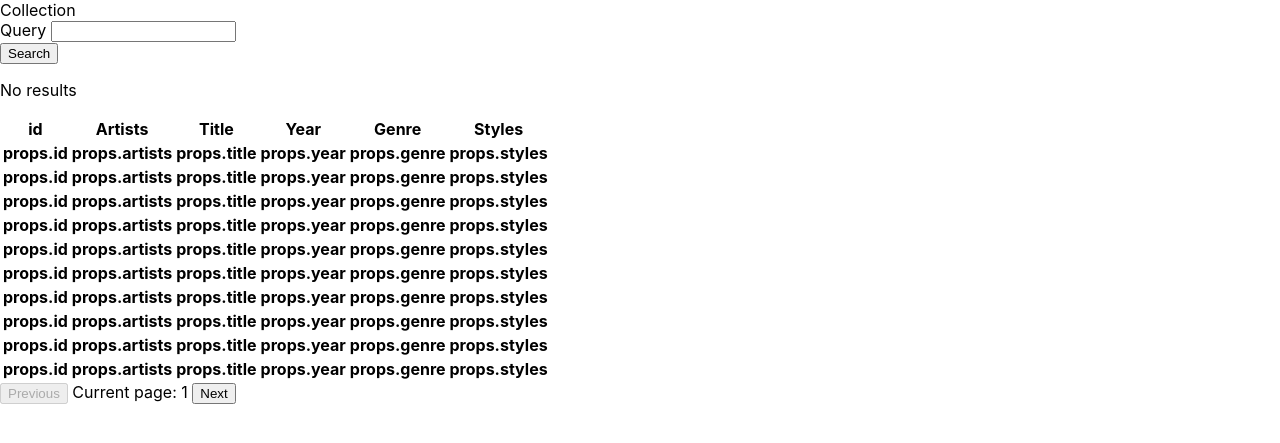
Repository: ivan-baljkas/pristupni_zadatak
Page: / (app in frontend/react-akademija-master/)
These files come from the project's save history. The page is drawn as it stood at one moment and after the next save; the edit follows.
The browser window is 1280 px wide. The pictures show the whole page.
The project was rebuilt for these pictures with package versions that can differ from the ones it lists, and the page was loaded fresh each time.

Above is the page before, as saved 2021-07-21 13:25:58.

### frontend/react-akademija-master/src/App.js
import React from "react";
import { SearchForm } from "./components/SearchForm";
import { CollectionTable } from "./components/CollectionTable";
import { TableItem } from "./components/TableItem";
import { Pagination } from "./components/Pagination";
import data from "./data.json";

const App = () => {
  console.log(data);

  return (
    <div>
      <header>
        Collection
      </header>
      <SearchForm>
          No results
        </SearchForm>
        <CollectionTable>
        {data.releases.map(release=>(
          <TableItem id={release.id} {...release}/>
        ))}
        </CollectionTable>
        <Pagination currentPage={1} pages={2} />
    </div>
  );
};

export default App;

### frontend/react-akademija-master/src/components/SearchForm.jsx
import React, { Component } from 'react'

export const SearchForm = (props) =>{

    return(
        <div>
            <div>
                <label htmlFor="query">Query </label>
                <input type="text" id="query"/>
            </div>
            <div>
                <button type="button">Search</button>
                <p>{props.children}</p>
            </div>

        </div>
    );
};

### frontend/react-akademija-master/src/components/CollectionTable.jsx
import React, { Component } from 'react'
import { TableItem } from './TableItem';
export const CollectionTable = (props) =>{

    return(
        <div>
            <table>
            <thead>
                <tr>
                    <th>id</th>
                    <th>Artists</th>
                    <th>Title</th>
                    <th>Year</th>
                    <th>Genre</th>
                    <th>Styles</th>
                </tr>
            </thead>
             <tbody>
                {props.children}
            </tbody>

            </table>
        </div>
    );
};

### frontend/react-akademija-master/src/components/TableItem.jsx
import React, { Component } from 'react'

export const TableItem = (props) =>{

    return(
                <tr>
                    <th>props.id</th>
                    <th>props.artists</th>
                    <th>props.title</th>
                    <th>props.year</th>
                    <th>props.genre</th>
                    <th>props.styles</th>
                </tr>
    );
};

### frontend/react-akademija-master/src/components/Pagination.jsx
import React, { Component } from 'react'

export const Pagination = (props) =>{

    return(
        <div>
            <button type="button" disabled = {props.currentPage === 1}>Previous</button>
             <span>  Current page:  {props.currentPage} </span>
             <button type="button"disabled = {props.currentPage === props.pages}>Next</button>
        </div>
    );
};

### frontend/react-akademija-master/src/data.json
{
  "pagination": {
    "page": 1,
    "pages": 26,
    "per_page": 10,
    "items": 255,
    "urls": {
      "first": "https://api.discogs.com/users/adrianmusiccollector/collection/folders/0/releases?per_page=10&page=1",
      "last": "https://api.discogs.com/users/adrianmusiccollector/collection/folders/0/releases?per_page=10&page=26",
      "prev": "https://api.discogs.com/users/adrianmusiccollector/collection/folders/0/releases?per_page=10&page=1",
      "next": "https://api.discogs.com/users/adrianmusiccollector/collection/folders/0/releases?per_page=10&page=3"
    }
  },
  "releases": [
    {
      "id": 2462710,
      "instance_id": 495199692,
      "date_added": "2020-08-04T08:57:28-07:00",
      "rating": 0,
      "basic_information": {
        "id": 2462710,
        "master_id": 28197,
        "master_url": "https://api.discogs.com/masters/28197",
        "resource_url": "https://api.discogs.com/releases/2462710",
        "thumb": "",
        "cover_image": "",
        "title": "Danzig III: How The Gods Kill",
        "year": 0,
        "formats": [
          { "name": "CD", "qty": "1", "descriptions": ["Album", "Reissue"] }
        ],
        "labels": [
          {
            "name": "American Recordings",
            "catno": "491785 2",
            "entity_type": "1",
            "entity_type_name": "Label",
            "id": 2569,
            "resource_url": "https://api.discogs.com/labels/2569"
          },
          {
            "name": "Columbia",
            "catno": "02-491785-10",
            "entity_type": "1",
            "entity_type_name": "Label",
            "id": 1866,
            "resource_url": "https://api.discogs.com/labels/1866"
          }
        ],
        "artists": [
          {
            "name": "Danzig",
            "anv": "",
            "join": "",
            "role": "",
            "tracks": "",
            "id": 217411,
            "resource_url": "https://api.discogs.com/artists/217411"
          }
        ],
        "genres": ["Rock"],
        "styles": ["Blues Rock", "Hard Rock", "Heavy Metal"]
      }
    },
    {
      "id": 385438,
      "instance_id": 495284040,
      "date_added": "2020-08-04T15:46:56-07:00",
      "rating": 0,
      "basic_information": {
        "id": 385438,
        "master_id": 8636,
        "master_url": "https://api.discogs.com/masters/8636",
        "resource_url": "https://api.discogs.com/releases/385438",
        "thumb": "",
        "cover_image": "",
        "title": "For Those About To Rock We Salute You",
        "year": 1994,
        "formats": [
          {
            "name": "CD",
            "qty": "1",
            "descriptions": ["Album", "Reissue", "Remastered"]
          }
        ],
        "labels": [
          {
            "name": "ATCO Records",
            "catno": "7567-92412-2",
            "entity_type": "1",
            "entity_type_name": "Label",
            "id": 3820,
            "resource_url": "https://api.discogs.com/labels/3820"
          }
        ],
        "artists": [
          {
            "name": "AC/DC",
            "anv": "",
            "join": "",
            "role": "",
            "tracks": "",
            "id": 84752,
            "resource_url": "https://api.discogs.com/artists/84752"
          }
        ],
        "genres": ["Rock"],
        "styles": ["Hard Rock"]
      }
    },
    {
      "id": 7332063,
      "instance_id": 495260051,
      "date_added": "2020-08-04T14:14:50-07:00",
      "rating": 0,
      "basic_information": {
        "id": 7332063,
        "master_id": 8580,
        "master_url": "https://api.discogs.com/masters/8580",
        "resource_url": "https://api.discogs.com/releases/7332063",
        "thumb": "",
        "cover_image": "",
        "title": "Live",
        "year": 0,
        "formats": [
          { "name": "CD", "qty": "2", "descriptions": ["Album", "Reissue"] }
        ],
        "labels": [
          {
            "name": "ATCO Records",
            "catno": "7567-92212-2",
            "entity_type": "1",
            "entity_type_name": "Label",
            "id": 3820,
            "resource_url": "https://api.discogs.com/labels/3820"
          },
          {
            "name": "Albert Productions",
            "catno": "7567-92212-2",
            "entity_type": "1",
            "entity_type_name": "Label",
            "id": 33440,
            "resource_url": "https://api.discogs.com/labels/33440"
          }
        ],
        "artists": [
          {
            "name": "AC/DC",
            "anv": "",
            "join": "",
            "role": "",
            "tracks": "",
            "id": 84752,
            "resource_url": "https://api.discogs.com/artists/84752"
          }
        ],
        "genres": ["Rock"],
        "styles": ["Hard Rock", "Rock & Roll"]
      }
    },
    {
      "id": 456943,
      "instance_id": 495284592,
      "date_added": "2020-08-04T15:48:52-07:00",
      "rating": 0,
      "basic_information": {
        "id": 456943,
        "master_id": 8437,
        "master_url": "https://api.discogs.com/masters/8437",
        "resource_url": "https://api.discogs.com/releases/456943",
        "thumb": "",
        "cover_image": "",
        "title": "High Voltage",
        "year": 1994,
        "formats": [
          {
            "name": "CD",
            "qty": "1",
            "descriptions": ["Album", "Reissue", "Remastered"]
          }
        ],
        "labels": [
          {
            "name": "ATCO Records",
            "catno": "7567-92413-2",
            "entity_type": "1",
            "entity_type_name": "Label",
            "id": 3820,
            "resource_url": "https://api.discogs.com/labels/3820"
          },
          {
            "name": "ATCO Records",
            "catno": "92413-2",
            "entity_type": "1",
            "entity_type_name": "Label",
            "id": 3820,
            "resource_url": "https://api.discogs.com/labels/3820"
          }
        ],
        "artists": [
          {
            "name": "AC/DC",
            "anv": "",
            "join": "",
            "role": "",
            "tracks": "",
            "id": 84752,
            "resource_url": "https://api.discogs.com/artists/84752"
          }
        ],
        "genres": ["Rock"],
        "styles": ["Hard Rock"]
      }
    },
    {
      "id": 10873272,
      "instance_id": 719463895,
      "date_added": "2021-05-31T11:07:58-07:00",
      "rating": 0,
      "basic_information": {
        "id": 10873272,
        "master_id": 315130,
        "master_url": "https://api.discogs.com/masters/315130",
        "resource_url": "https://api.discogs.com/releases/10873272",
        "thumb": "",
        "cover_image": "",
        "title": "Lightning Strikes",
        "year": 1986,
        "formats": [{ "name": "CD", "qty": "1", "descriptions": ["Album"] }],
        "labels": [
          {
            "name": "ATCO Records",
            "catno": "790 512-2",
            "entity_type": "1",
            "entity_type_name": "Label",
            "id": 3820,
            "resource_url": "https://api.discogs.com/labels/3820"
          },
          {
            "name": "ATCO Records",
            "catno": "90512-2",
            "entity_type": "1",
            "entity_type_name": "Label",
            "id": 3820,
            "resource_url": "https://api.discogs.com/labels/3820"
          }
        ],
        "artists": [
          {
            "name": "Loudness (5)",
            "anv": "",
            "join": "",
            "role": "",
            "tracks": "",
            "id": 594808,
            "resource_url": "https://api.discogs.com/artists/594808"
          }
        ],
        "genres": ["Rock"],
        "styles": ["Hard Rock", "Heavy Metal"]
      }
    },
    {
      "id": 370885,
      "instance_id": 495193819,
      "date_added": "2020-08-04T08:15:48-07:00",
      "rating": 0,
      "basic_information": {
        "id": 370885,
        "master_id": 8670,
        "master_url": "https://api.discogs.com/masters/8670",
        "resource_url": "https://api.discogs.com/releases/370885",
        "thumb": "",
        "cover_image": "",
        "title": "The Razors Edge",
        "year": 1990,
        "formats": [{ "name": "CD", "qty": "1", "descriptions": ["Album"] }],
        "labels": [
          {
            "name": "ATCO Records",
            "catno": "7567-91413-2",
            "entity_type": "1",
            "entity_type_name": "Label",
            "id": 3820,
            "resource_url": "https://api.discogs.com/labels/3820"
          },
          {
            "name": "ATCO Records",
            "catno": "7567-91413-2 YS",
            "entity_type": "1",
            "entity_type_name": "Label",
            "id": 3820,
            "resource_url": "https://api.discogs.com/labels/3820"
          },
          {
            "name": "Albert Productions",
            "catno": "7567-91413-2",
            "entity_type": "1",
            "entity_type_name": "Label",
            "id": 33440,
            "resource_url": "https://api.discogs.com/labels/33440"
          },
          {
            "name": "Albert Productions",
            "catno": "7567-91413-2 YS",
            "entity_type": "1",
            "entity_type_name": "Label",
            "id": 33440,
            "resource_url": "https://api.discogs.com/labels/33440"
          }
        ],
        "artists": [
          {
            "name": "AC/DC",
            "anv": "",
            "join": "",
            "role": "",
            "tracks": "",
            "id": 84752,
            "resource_url": "https://api.discogs.com/artists/84752"
          }
        ],
        "genres": ["Rock"],
        "styles": ["Hard Rock"]
      }
    },
    {
      "id": 3708739,
      "instance_id": 659792917,
      "date_added": "2021-04-01T02:51:07-07:00",
      "rating": 0,
      "basic_information": {
        "id": 3708739,
        "master_id": 451115,
        "master_url": "https://api.discogs.com/masters/451115",
        "resource_url": "https://api.discogs.com/releases/3708739",
        "thumb": "",
        "cover_image": "",
        "title": "Loudness",
        "year": 1992,
        "formats": [{ "name": "CD", "qty": "1", "descriptions": ["Album"] }],
        "labels": [
          {
            "name": "ATCO Records",
            "catno": "WPCL-657",
            "entity_type": "1",
            "entity_type_name": "Label",
            "id": 3820,
            "resource_url": "https://api.discogs.com/labels/3820"
          },
          {
            "name": "Warner Music Japan",
            "catno": "WPCL-657",
            "entity_type": "1",
            "entity_type_name": "Label",
            "id": 52253,
            "resource_url": "https://api.discogs.com/labels/52253"
          }
        ],
        "artists": [
          {
            "name": "Loudness (5)",
            "anv": "",
            "join": "",
            "role": "",
            "tracks": "",
            "id": 594808,
            "resource_url": "https://api.discogs.com/artists/594808"
          }
        ],
        "genres": ["Rock"],
        "styles": ["Speed Metal", "Hard Rock", "Heavy Metal"]
      }
    },
    {
      "id": 4915709,
      "instance_id": 495258801,
      "date_added": "2020-08-04T14:09:39-07:00",
      "rating": 0,
      "basic_information": {
        "id": 4915709,
        "master_id": 578071,
        "master_url": "https://api.discogs.com/masters/578071",
        "resource_url": "https://api.discogs.com/releases/4915709",
        "thumb": "",
        "cover_image": "",
        "title": "Operation Mindcrime + Queen Of The Reich ",
        "year": 1999,
        "formats": [
          {
            "name": "CD",
            "qty": "2",
            "text": "Media book",
            "descriptions": [
              "Compilation",
              "Deluxe Edition",
              "Reissue",
              "Remastered"
            ]
          }
        ],
        "labels": [
          {
            "name": "Axe Killer Records",
            "catno": "3052182",
            "entity_type": "1",
            "entity_type_name": "Label",
            "id": 83934,
            "resource_url": "https://api.discogs.com/labels/83934"
          },
          {
            "name": "Axe Killer Records",
            "catno": "Wag 351",
            "entity_type": "1",
            "entity_type_name": "Label",
            "id": 83934,
            "resource_url": "https://api.discogs.com/labels/83934"
          }
        ],
        "artists": [
          {
            "name": "Queensr\u00ffche",
            "anv": "",
            "join": "",
            "role": "",
            "tracks": "",
            "id": 255363,
            "resource_url": "https://api.discogs.com/artists/255363"
          }
        ],
        "genres": ["Rock"],
        "styles": ["Heavy Metal"]
      }
    },
    {
      "id": 6582063,
      "instance_id": 495262219,
      "date_added": "2020-08-04T14:24:02-07:00",
      "rating": 0,
      "basic_information": {
        "id": 6582063,
        "master_id": 29521,
        "master_url": "https://api.discogs.com/masters/29521",
        "resource_url": "https://api.discogs.com/releases/6582063",
        "thumb": "",
        "cover_image": "",
        "title": "Metal Heart",
        "year": 0,
        "formats": [
          {
            "name": "CD",
            "qty": "1",
            "descriptions": ["Album", "Reissue", "Remastered", "Repress"]
          }
        ],
        "labels": [
          {
            "name": "BMG",
            "catno": "74321 93213 2",
            "entity_type": "1",
            "entity_type_name": "Label",
            "id": 1003,
            "resource_url": "https://api.discogs.com/labels/1003"
          },
          {
            "name": "RCA",
            "catno": "74321 93213 2",
            "entity_type": "1",
            "entity_type_name": "Label",
            "id": 895,
            "resource_url": "https://api.discogs.com/labels/895"
          },
          {
            "name": "Musicline.de",
            "catno": "74321 93213 2",
            "entity_type": "1",
            "entity_type_name": "Label",
            "id": 651772,
            "resource_url": "https://api.discogs.com/labels/651772"
          }
        ],
        "artists": [
          {
            "name": "Accept",
            "anv": "",
            "join": "",
            "role": "",
            "tracks": "",
            "id": 271475,
            "resource_url": "https://api.discogs.com/artists/271475"
          }
        ],
        "genres": ["Rock"],
        "styles": ["Heavy Metal"]
      }
    },
    {
      "id": 9018310,
      "instance_id": 495282966,
      "date_added": "2020-08-04T15:43:26-07:00",
      "rating": 0,
      "basic_information": {
        "id": 9018310,
        "master_id": 4844,
        "master_url": "https://api.discogs.com/masters/4844",
        "resource_url": "https://api.discogs.com/releases/9018310",
        "thumb": "",
        "cover_image": "",
        "title": "Master Of Reality",
        "year": 2014,
        "formats": [
          {
            "name": "CD",
            "qty": "1",
            "text": "Digipak",
            "descriptions": ["Album", "Reissue", "Remastered"]
          }
        ],
        "labels": [
          {
            "name": "BMG",
            "catno": "2730325",
            "entity_type": "1",
            "entity_type_name": "Label",
            "id": 1003,
            "resource_url": "https://api.discogs.com/labels/1003"
          },
          {
            "name": "Sanctuary",
            "catno": "2730325",
            "entity_type": "1",
            "entity_type_name": "Label",
            "id": 28233,
            "resource_url": "https://api.discogs.com/labels/28233"
          }
        ],
        "artists": [
          {
            "name": "Black Sabbath",
            "anv": "",
            "join": "",
            "role": "",
            "tracks": "",
            "id": 144998,
            "resource_url": "https://api.discogs.com/artists/144998"
          }
        ],
        "genres": ["Rock"],
        "styles": ["Hard Rock", "Heavy Metal"]
      }
    }
  ]
}

Loaded but not shown: frontend/react-akademija-master/public/index.html (common file); frontend/react-akademija-master/src/index.js (common file); frontend/react-akademija-master/src/index.css (common file); frontend/react-akademija-master/src/reportWebVitals.js (common file)

After the next save:
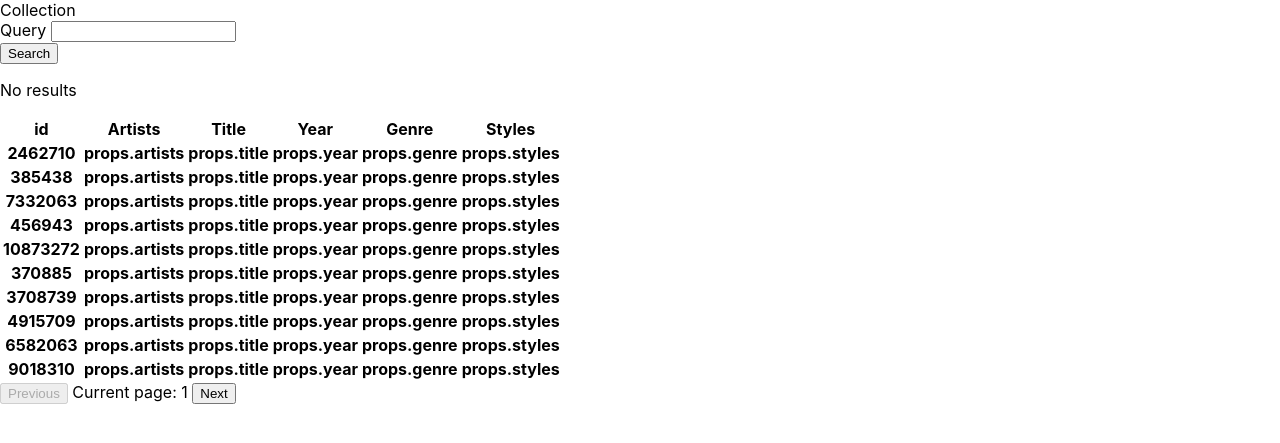
Saved 24 s later.
--- a/frontend/react-akademija-master/src/components/TableItem.jsx
+++ b/frontend/react-akademija-master/src/components/TableItem.jsx
@@ -4,7 +4,7 @@ export const TableItem = (props) =>{
 
     return(
                 <tr>
-                    <th>props.id</th>
+                    <th>{props.id}</th>
                     <th>props.artists</th>
                     <th>props.title</th>
                     <th>props.year</th>
